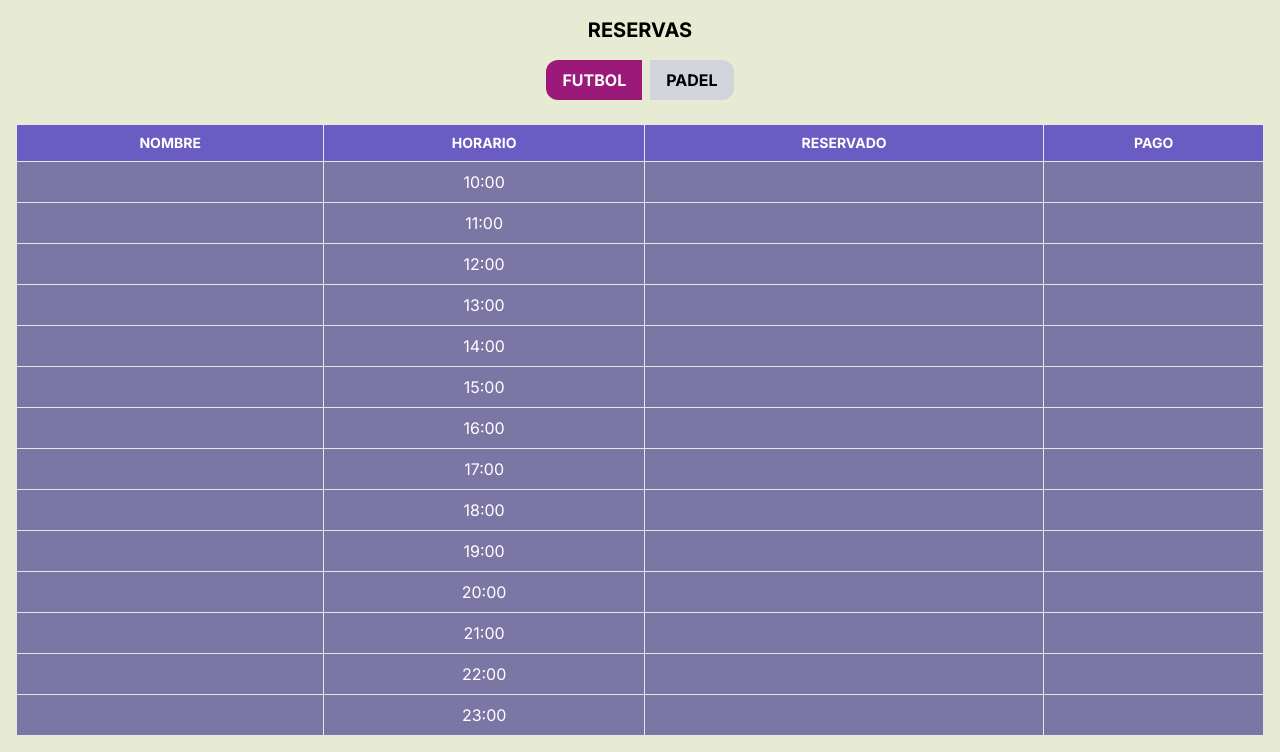
Repository: francoluca35/yael-app
Page: /reserva
The author's editor kept a copy of each file at every save. The page is drawn from the files as they stood at one save, then again after the next save.
The browser window is 1280 px wide. The pictures show the whole page.
The page's requests for data from a server got no answer. The project was rebuilt for these pictures with package versions that can differ from the ones it lists, and the page was loaded fresh each time. The framework's server and built-in components were replaced by stand-ins that run in the browser. No one was signed in, and anything a server would have sent is missing. Also part of the build but not shown: next.config.js.

Above is the page before, as saved 2025-04-02 12:14:33.

### src/app/layout.js
import { Inter } from 'next/font/google'
import './globals.css'

const inter = Inter({ subsets: ['latin'] })

// src/app/layout.js
export const metadata = {
  title: 'Yael app',
  description: 'App web instalable con Next.js + PWA',
  themeColor: '#1111',
  icons: {
    icon: '/favicon.ico',
  },
}


export default function RootLayout({ children }) {
  return (
    <html lang="en">
      <body className={inter.className}>{children}</body>
    </html>
  )
}

### src/app/reserva/page.js
import React from 'react'
import Reservas from './reservas'

function reserva() {
  return (
    <div>
      <Reservas/>
    </div>
  )
}

export default reserva

### src/app/reserva/reservas.jsx
"use client";
import { useEffect, useState } from "react";

const HORARIOS = Array.from({ length: 14 }, (_, i) => `${10 + i}:00`);

export default function Reservas() {
  const [tipo, setTipo] = useState("futbol");
  const [reservas, setReservas] = useState([]);
  const fechaHoy = new Date().toISOString().slice(0, 10);
  const horaActual = new Date().getHours();

  useEffect(() => {
    fetchReservas();
  }, [tipo]);

  const fetchReservas = async () => {
    const res = await fetch(`/api/reservas?fecha=${fechaHoy}&tipo=${tipo}`);
    const data = await res.json();
    setReservas(data);
  };

  const getReserva = (hora) => reservas.find((r) => r.hora === hora);

  const marcarPagoTotal = async (id) => {
    await fetch(`/api/reservas`, {
      method: "PUT",
      headers: { "Content-Type": "application/json" },
      body: JSON.stringify({ id }),
    });
    fetchReservas();
  };

  const anularReserva = async (id) => {
    const confirm = window.confirm("¿Seguro que querés anular esta reserva?");
    if (!confirm) return;

    await fetch(`/api/reservas`, {
      method: "DELETE",
      headers: { "Content-Type": "application/json" },
      body: JSON.stringify({ id }),
    });
    fetchReservas();
  };

  const esHoraPasada = (hora) => {
    const horaNum = parseInt(hora.split(":")[0]);
    return horaNum < horaActual;
  };

  return (
    <div className="min-h-screen bg-[#e7ebd3] p-4">
      <h2 className="text-center text-xl font-bold mb-4">RESERVAS</h2>

      {/* Botones */}
      <div className="flex justify-center mb-6 gap-2">
        <button
          onClick={() => setTipo("futbol")}
          className={`px-4 py-2 rounded-l-xl font-bold ${
            tipo === "futbol" ? "bg-[#9b1978] text-white" : "bg-gray-300"
          }`}
        >
          FUTBOL
        </button>
        <button
          onClick={() => setTipo("padel")}
          className={`px-4 py-2 rounded-r-xl font-bold ${
            tipo === "padel" ? "bg-[#6b5cc4] text-white" : "bg-gray-300"
          }`}
        >
          PADEL
        </button>
      </div>

      {/* Tabla */}
      <div className="overflow-x-auto">
        <table className="w-full border border-gray-400 text-white">
          <thead className="bg-[#6b5cc4] text-sm">
            <tr>
              <th className="p-2 border">NOMBRE</th>
              <th className="p-2 border">HORARIO</th>
              <th className="p-2 border">RESERVADO</th>
              <th className="p-2 border">PAGO</th>
            </tr>
          </thead>
          <tbody>
            {HORARIOS.map((hora) => {
              const reserva = getReserva(hora);
              const terminada = esHoraPasada(hora) && reserva;

              return (
                <tr key={hora} className="bg-[#7c76a5] text-center">
                  <td className="border p-2">{reserva?.nombre || ""}</td>
                  <td className="border p-2">{hora}</td>

                  {/* RESERVADO / TERMINADO */}
                  <td className="border p-2">
                    {terminada ? (
                      <span className="bg-gray-400 px-2 py-1 rounded text-white text-xs">
                        TERMINADO
                      </span>
                    ) : reserva ? (
                      <span className="bg-blue-500 px-2 py-1 rounded text-white text-xs">
                        RESERVADO
                      </span>
                    ) : (
                      ""
                    )}
                  </td>

                  {/* PAGO + BOTONES */}
                  <td className="border p-2">
                    {reserva?.estado === "pagototal" && (
                      <div className="bg-green-400 text-white font-bold rounded py-1">PAGO</div>
                    )}

                    {reserva?.estado === "seña" && (
                      <div className="bg-yellow-300 text-black font-bold rounded p-1">
                        ${reserva.pago}
                        <button
                          onClick={() => marcarPagoTotal(reserva._id)}
                          className="mt-1 text-xs bg-green-600 text-white px-2 py-1 rounded hover:bg-green-700 block w-full"
                        >
                          Pago total
                        </button>
                      </div>
                    )}

                    {reserva && (
                      <button
                        onClick={() => anularReserva(reserva._id)}
                        className="mt-1 text-xs bg-red-600 text-white px-2 py-1 rounded hover:bg-red-700 block w-full"
                      >
                        Anular
                      </button>
                    )}
                  </td>
                </tr>
              );
            })}
          </tbody>
        </table>
      </div>
    </div>
  );
}

### tailwind.config.js
/** @type {import('tailwindcss').Config} */
module.exports = {
  content: [
    './src/**/*.{js,ts,jsx,tsx}',
    './src/app/**/*.{js,ts,jsx,tsx}',
  ],
  theme: {
    extend: {},
  },
  plugins: [],
}

Loaded but not shown: src/app/globals.css (common file)

After the next save:
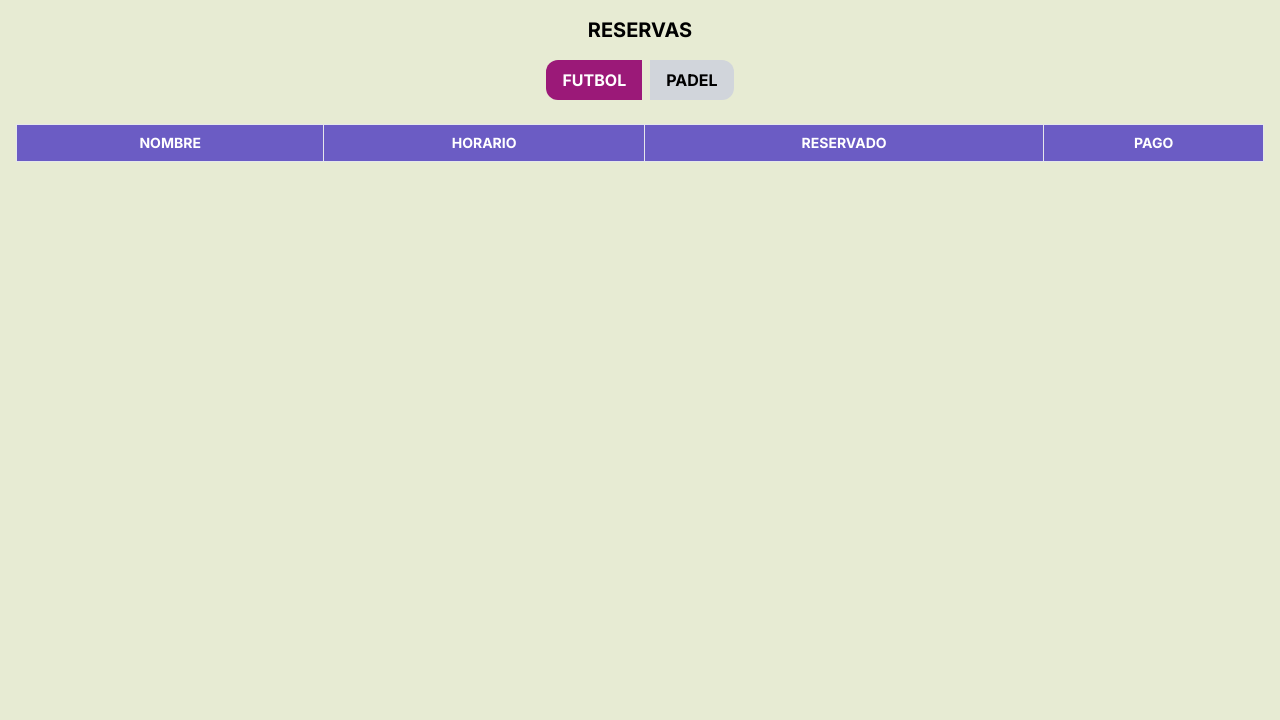
Saved 2 min 22 s later.
--- a/src/app/reserva/reservas.jsx
+++ b/src/app/reserva/reservas.jsx
@@ -83,61 +83,53 @@
             </tr>
           </thead>
           <tbody>
-            {HORARIOS.map((hora) => {
-              const reserva = getReserva(hora);
-              const terminada = esHoraPasada(hora) && reserva;
+  {reservas
+    .filter((r) => r.estado === "seña") // ← Mostrar solo los que tienen estado "seña"
+    .sort((a, b) => parseInt(a.hora) - parseInt(b.hora)) // orden por hora
+    .map((reserva) => {
+      const horaNum = parseInt(reserva.hora.split(":")[0]);
+      const terminada = horaNum < horaActual;
 
-              return (
-                <tr key={hora} className="bg-[#7c76a5] text-center">
-                  <td className="border p-2">{reserva?.nombre || ""}</td>
-                  <td className="border p-2">{hora}</td>
+      return (
+        <tr key={reserva._id} className="bg-[#7c76a5] text-center">
+          <td className="border p-2">{reserva.nombre}</td>
+          <td className="border p-2">{reserva.hora}</td>
 
-                  {/* RESERVADO / TERMINADO */}
-                  <td className="border p-2">
-                    {terminada ? (
-                      <span className="bg-gray-400 px-2 py-1 rounded text-white text-xs">
-                        TERMINADO
-                      </span>
-                    ) : reserva ? (
-                      <span className="bg-blue-500 px-2 py-1 rounded text-white text-xs">
-                        RESERVADO
-                      </span>
-                    ) : (
-                      ""
-                    )}
-                  </td>
+          <td className="border p-2">
+            {terminada ? (
+              <span className="bg-gray-400 px-2 py-1 rounded text-white text-xs">
+                TERMINADO
+              </span>
+            ) : (
+              <span className="bg-blue-500 px-2 py-1 rounded text-white text-xs">
+                RESERVADO
+              </span>
+            )}
+          </td>
 
-                  {/* PAGO + BOTONES */}
-                  <td className="border p-2">
-                    {reserva?.estado === "pagototal" && (
-                      <div className="bg-green-400 text-white font-bold rounded py-1">PAGO</div>
-                    )}
+          <td className="border p-2">
+            <div className="bg-yellow-300 text-black font-bold rounded p-1">
+              ${reserva.pago}
+              <button
+                onClick={() => marcarPagoTotal(reserva._id)}
+                className="mt-1 text-xs bg-green-600 text-white px-2 py-1 rounded hover:bg-green-700 block w-full"
+              >
+                Pago total
+              </button>
+            </div>
 
-                    {reserva?.estado === "seña" && (
-                      <div className="bg-yellow-300 text-black font-bold rounded p-1">
-                        ${reserva.pago}
-                        <button
-                          onClick={() => marcarPagoTotal(reserva._id)}
-                          className="mt-1 text-xs bg-green-600 text-white px-2 py-1 rounded hover:bg-green-700 block w-full"
-                        >
-                          Pago total
-                        </button>
-                      </div>
-                    )}
+            <button
+              onClick={() => anularReserva(reserva._id)}
+              className="mt-1 text-xs bg-red-600 text-white px-2 py-1 rounded hover:bg-red-700 block w-full"
+            >
+              Anular
+            </button>
+          </td>
+        </tr>
+      );
+    })}
+</tbody>
 
-                    {reserva && (
-                      <button
-                        onClick={() => anularReserva(reserva._id)}
-                        className="mt-1 text-xs bg-red-600 text-white px-2 py-1 rounded hover:bg-red-700 block w-full"
-                      >
-                        Anular
-                      </button>
-                    )}
-                  </td>
-                </tr>
-              );
-            })}
-          </tbody>
         </table>
       </div>
     </div>

After the save that followed:
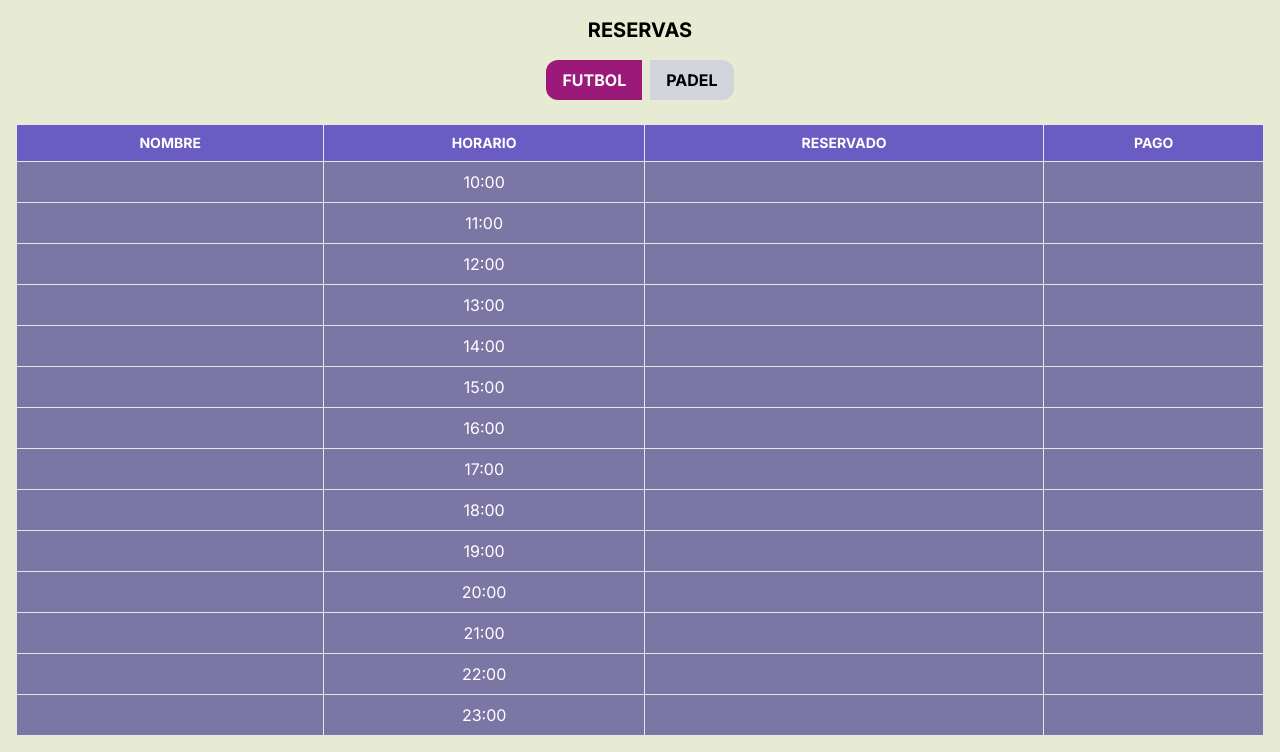
Saved 10 s later.
--- a/src/app/reserva/reservas.jsx
+++ b/src/app/reserva/reservas.jsx
@@ -83,53 +83,61 @@
             </tr>
           </thead>
           <tbody>
-  {reservas
-    .filter((r) => r.estado === "seña") // ← Mostrar solo los que tienen estado "seña"
-    .sort((a, b) => parseInt(a.hora) - parseInt(b.hora)) // orden por hora
-    .map((reserva) => {
-      const horaNum = parseInt(reserva.hora.split(":")[0]);
-      const terminada = horaNum < horaActual;
+            {HORARIOS.map((hora) => {
+              const reserva = getReserva(hora);
+              const terminada = esHoraPasada(hora) && reserva;
 
-      return (
-        <tr key={reserva._id} className="bg-[#7c76a5] text-center">
-          <td className="border p-2">{reserva.nombre}</td>
-          <td className="border p-2">{reserva.hora}</td>
+              return (
+                <tr key={hora} className="bg-[#7c76a5] text-center">
+                  <td className="border p-2">{reserva?.nombre || ""}</td>
+                  <td className="border p-2">{hora}</td>
 
-          <td className="border p-2">
-            {terminada ? (
-              <span className="bg-gray-400 px-2 py-1 rounded text-white text-xs">
-                TERMINADO
-              </span>
-            ) : (
-              <span className="bg-blue-500 px-2 py-1 rounded text-white text-xs">
-                RESERVADO
-              </span>
-            )}
-          </td>
+                  {/* RESERVADO / TERMINADO */}
+                  <td className="border p-2">
+                    {terminada ? (
+                      <span className="bg-gray-400 px-2 py-1 rounded text-white text-xs">
+                        TERMINADO
+                      </span>
+                    ) : reserva ? (
+                      <span className="bg-blue-500 px-2 py-1 rounded text-white text-xs">
+                        RESERVADO
+                      </span>
+                    ) : (
+                      ""
+                    )}
+                  </td>
 
-          <td className="border p-2">
-            <div className="bg-yellow-300 text-black font-bold rounded p-1">
-              ${reserva.pago}
-              <button
-                onClick={() => marcarPagoTotal(reserva._id)}
-                className="mt-1 text-xs bg-green-600 text-white px-2 py-1 rounded hover:bg-green-700 block w-full"
-              >
-                Pago total
-              </button>
-            </div>
+                  {/* PAGO + BOTONES */}
+                  <td className="border p-2">
+                    {reserva?.estado === "pagototal" && (
+                      <div className="bg-green-400 text-white font-bold rounded py-1">PAGO</div>
+                    )}
 
-            <button
-              onClick={() => anularReserva(reserva._id)}
-              className="mt-1 text-xs bg-red-600 text-white px-2 py-1 rounded hover:bg-red-700 block w-full"
-            >
-              Anular
-            </button>
-          </td>
-        </tr>
-      );
-    })}
-</tbody>
+                    {reserva?.estado === "seña" && (
+                      <div className="bg-yellow-300 text-black font-bold rounded p-1">
+                        ${reserva.pago}
+                        <button
+                          onClick={() => marcarPagoTotal(reserva._id)}
+                          className="mt-1 text-xs bg-green-600 text-white px-2 py-1 rounded hover:bg-green-700 block w-full"
+                        >
+                          Pago total
+                        </button>
+                      </div>
+                    )}
 
+                    {reserva && (
+                      <button
+                        onClick={() => anularReserva(reserva._id)}
+                        className="mt-1 text-xs bg-red-600 text-white px-2 py-1 rounded hover:bg-red-700 block w-full"
+                      >
+                        Anular
+                      </button>
+                    )}
+                  </td>
+                </tr>
+              );
+            })}
+          </tbody>
         </table>
       </div>
     </div>
